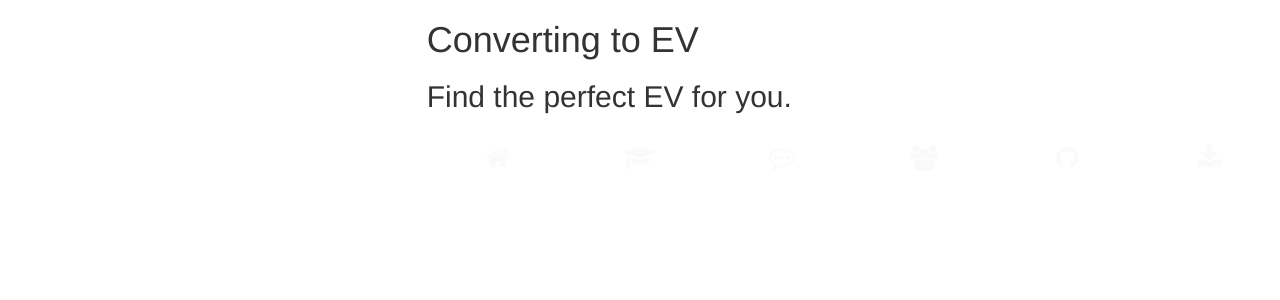
Repository: gnisco/2nd-project
Page: index.html
The author's editor kept a record of every edit. The page is drawn from the files as they stood at one moment, then again after the next edit.
The browser window is 1280 px wide. The pictures show the whole page.
Some web libraries are served in a nearby version.

Above is the page before.

### index.html
<!DOCTYPE html>
<html lang="en">
<head>
    <link rel="stylesheet" href="https://maxcdn.bootstrapcdn.com/bootstrap/3.3.7/css/bootstrap.min.css" type="text/css" />
    <link rel="stylesheet" href="https://maxcdn.bootstrapcdn.com/font-awesome/4.7.0/css/font-awesome.min.css" type="text/css" />
    <link rel="stylesheet" href="https://cdnjs.cloudflare.com/ajax/libs/hover.css/2.1.1/css/hover-min.css" type="text/css" />
    <link rel="stylesheet" href="assets/css/style.css" type="text/css" />
    <title>Convert to EV</title>
</head>

<body>
    <header class="container-fluid">
        <div class="row">
            <a href="index.html">
                <div class="col-md-4 logo"></div>
            </a>
            <div class="col-md-8">
                <div class="row bg-color-name-title">
                    <div class="heading">
                        <h1 class="name">Converting to EV</h1>
                        <h2 class="title">Find the perfect EV for you.</h2>
                    </div>
                </div>
                <div class="row">
                    <ul id="nav" class="list-inline clearfix">
                        <li class="col-xs-6 col-sm-2 ui-menu-color-home menuitem">
                            <a href="index.html" class="hvr-sweep-to-bottom"><i class="fa fa-home" aria-hidden="true"></i><span>Home</span></a>
                        </li>
                        <li class="col-xs-6 col-sm-2 ui-menu-color-resume menuitem">
                            <a href="resume.html" class="hvr-sweep-to-bottom"><i class="fa fa-graduation-cap" aria-hidden="true"></i><span>About EV</span></a>
                        </li>
                        <li class="col-xs-6 col-sm-2 ui-menu-color-contact menuitem">
                            <a href="contact.html" class="hvr-sweep-to-bottom"><i class=" fa fa-commenting-o" aria-hidden="true"></i><span></span></a>
                        </li>
                        <li class="col-xs-6 col-sm-2 ui-menu-color-interests menuitem">
                            <a href="interests.html" class="hvr-sweep-to-bottom"><i class="fa fa-users" aria-hidden="true"></i><span>Contact</span></a>
                        </li>
                        <li class="col-xs-6 col-sm-2 ui-menu-color-github menuitem">
                            <a href="github.html" class="hvr-sweep-to-bottom"><i class="fa fa-github" aria-hidden="true"></i><span>GitHub</span></a>
                        </li>
                        <li class="col-xs-6 col-sm-2 ui-menu-color-download menuitem">
                            <a href="assets/cv/sample-cv.pdf" target="_blank" class="hvr-sweep-to-bottom"><i class="fa fa-download" aria-hidden="true"></i><span>Download CV</span></a>
                        </li>
                    </ul>
                </div>
            </div>
        </div>
    </header>

</body>
</html>

### assets/css/style.css
@import url('https://fonts.googleapis.com/css?family=Roboto+Mono&display=swap');

#nav {
    margin: 0;
}

#nav li {
    padding: 0;
}

.menuitem {
    height: 120px;
    text-align: center;
    padding: 0;
}

.menuitem a {
    width: 100%;
    text-decoration: none;
    color: #ffffff;
    height: 120px;
}


.menuitem a i {
    padding-top: 22px;
    display: block;
    color: #fafafa;
    font-size: 26px;
}

.menuitem span {
    display: block;
    width: 100%;
    padding-top: 5px;
    text-align: center;
    text-transform: uppercase;
    font-size: 14px;
    font-weight: 300;
    letter-spacing: 2px;
}


/*--------------------------------------------Hover.css*/

.hvr-sweep-to-bottom:before {
    background: rgba(0, 0, 0, 0.2);
    height: 120px;
}

After the next edit:
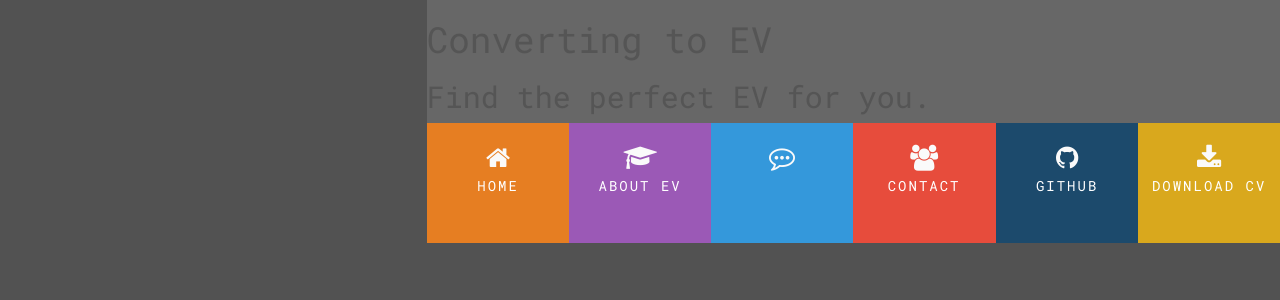
The edit:
--- a/assets/css/style.css
+++ b/assets/css/style.css
@@ -47,3 +47,72 @@
     background: rgba(0, 0, 0, 0.2);
     height: 120px;
 }
+
+/*--------------------------------------------Colors*/
+
+.bg-color-name-title {
+    background-color: #676767;
+}
+
+.bg-color-three-reasons {
+    background-color: #ffffff;
+}
+
+.bg-color-personal-info {
+    background-color: #f4f4f4;
+}
+
+.bg-color-skills {
+    background-color: #ffffff;
+}
+
+.bg-color-work-history {
+    background-color: #9b59b6;
+}
+
+.bg-color-contact {
+    background-color: #ffffff;
+}
+
+.bg-color-conferences {
+    background-color: #f4f4f4;
+}
+
+.bg-color-groups {
+    background-color: #ffffff;
+}
+
+.ui-menu-color-home {
+    background-color: #e67e22;
+}
+
+.ui-menu-color-resume {
+    background-color: #9b59b6;
+}
+
+.ui-menu-color-contact {
+    background-color: #3498db;
+}
+
+.ui-menu-color-download {
+    background-color: #d9a81d;
+}
+
+
+.ui-menu-color-github {
+    background-color: #1c4a6c;
+}
+
+.ui-menu-color-interests {
+    background-color: #e74c3c;
+}
+
+
+
+
+body {
+    font-family: Roboto Mono, sans-serif;
+    font-weight: 200;
+    background-color: #525252;
+    color: #555555;
+}
